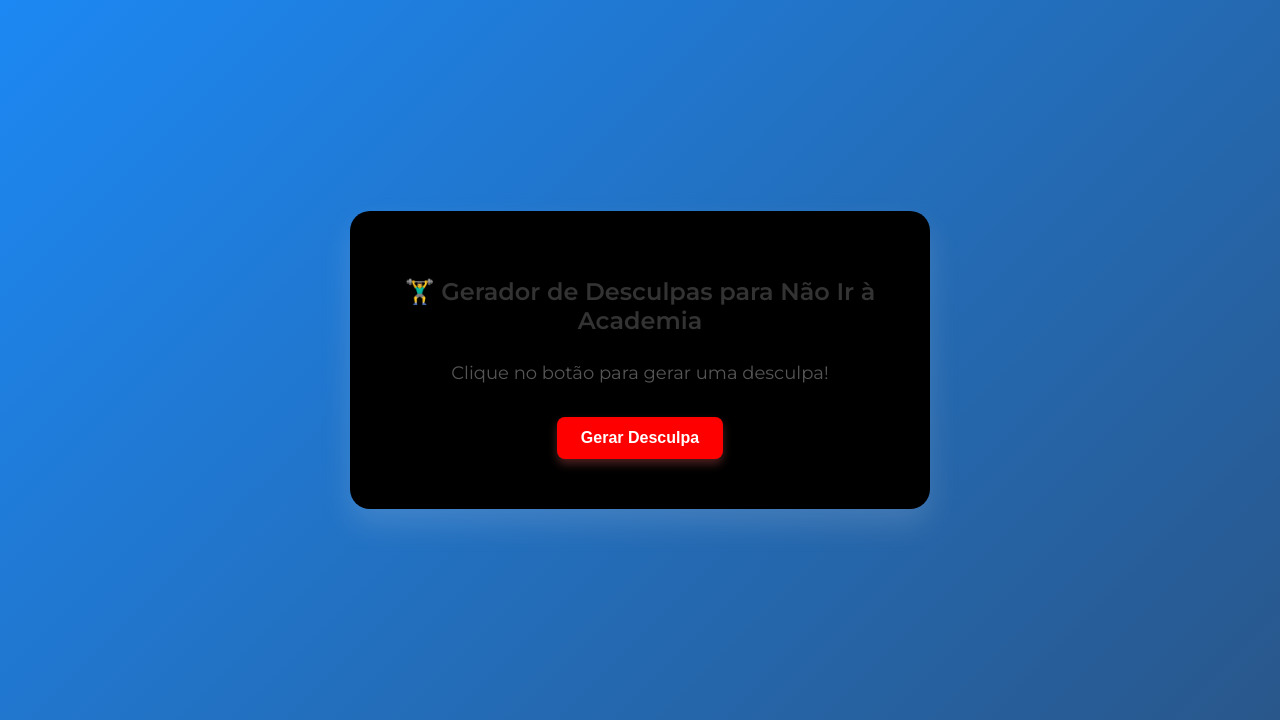
Repository: Wbyh7z/gerador-de-projeto
Page: index.html
The author's editor kept a copy of each file at every save. The page is drawn from the files as they stood at one save, then again after the next save.
The browser window is 1280 px wide. The pictures show the whole page.

Above is the page before, as saved 2025-08-08 15:25:48.

After the next save:
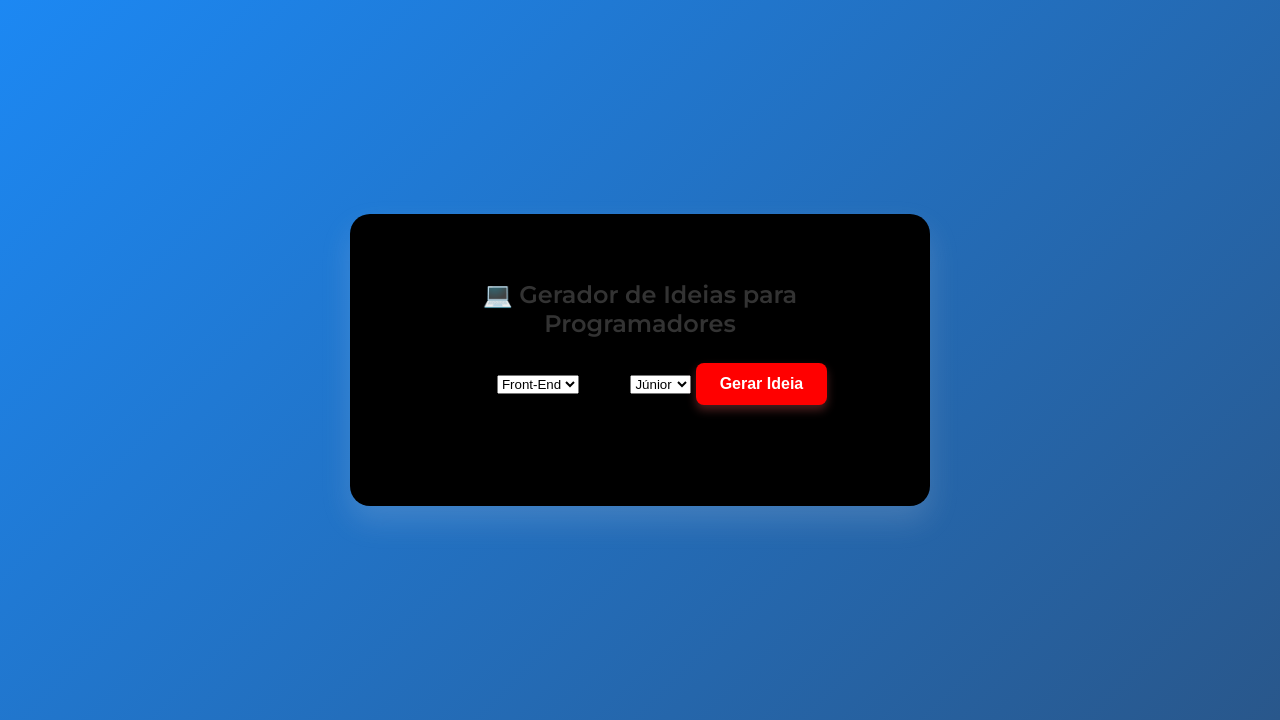
Saved 8 min 49 s later.
--- a/index.html
+++ b/index.html
@@ -2,15 +2,31 @@
 <html lang="pt-BR">
 <head>
   <meta charset="UTF-8">
-  <title>Gerador de Desculpas</title>
+  <title>Gerador de Ideias para Devs</title>
   <link rel="stylesheet" href="style.css">
 </head>
 <body>
   <div class="container">
-    <h1>🏋️‍♂️ Gerador de Desculpas para Não Ir à Academia</h1>
-    <p id="desculpa">Clique no botão para gerar uma desculpa!</p>
-    <button onclick="gerarDesculpa()">Gerar Desculpa</button>
+    <h1>💻 Gerador de Ideias para Programadores</h1>
+
+    <label for="area">Área:</label>
+    <select id="area">
+      <option value="frontend">Front-End</option>
+      <option value="backend">Back-End</option>
+      <option value="fullstack">Full Stack</option>
+    </select>
+
+    <label for="nivel">Nível:</label>
+    <select id="nivel">
+      <option value="junior">Júnior</option>
+      <option value="pleno">Pleno</option>
+      <option value="senior">Sênior</option>
+    </select>
+
+    <button onclick="gerarIdeia()">Gerar Ideia</button>
+    <p id="ideia">Escolha uma área e um nível para começar!</p>
   </div>
-  <script src="index.js"></script>
+
+  <script src="script.js"></script>
 </body>
 </html>
